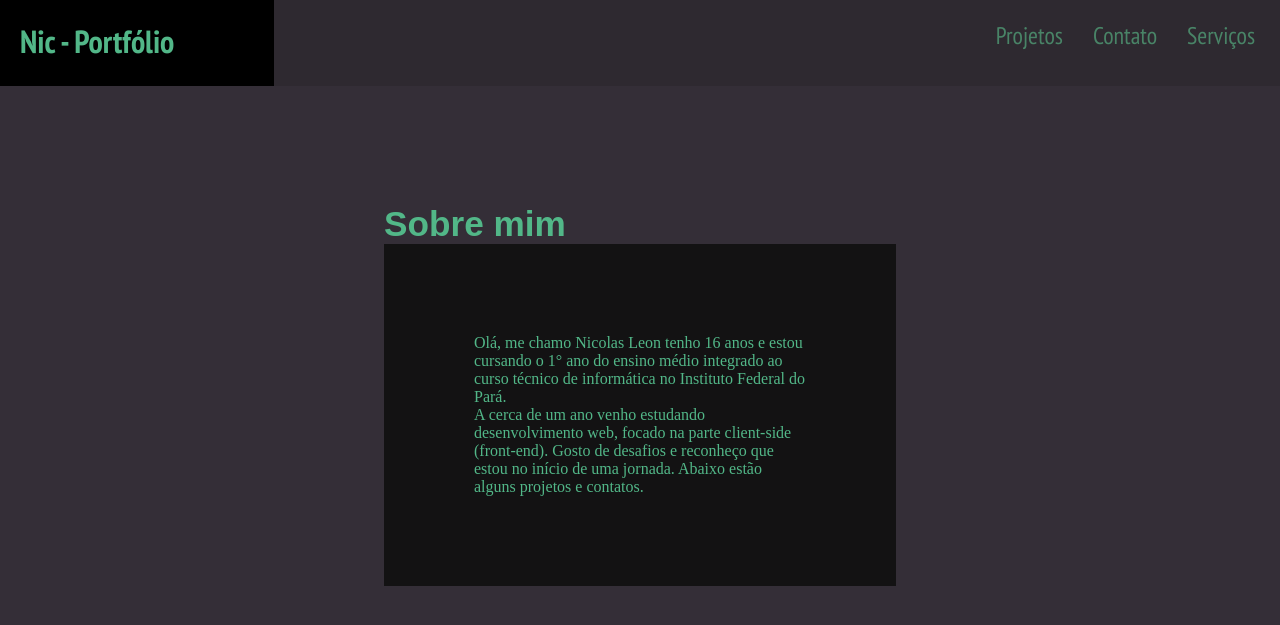
Repository: Leonngc/portfolio
Page: index.html
An editor plug-in stored every save of this project. The page is shown before and after the next save, followed by the edit.
The browser window is 1280 px wide. The pictures show the whole page.

Above is the page before, as saved 2022-12-02 10:50:24.

After the next save:
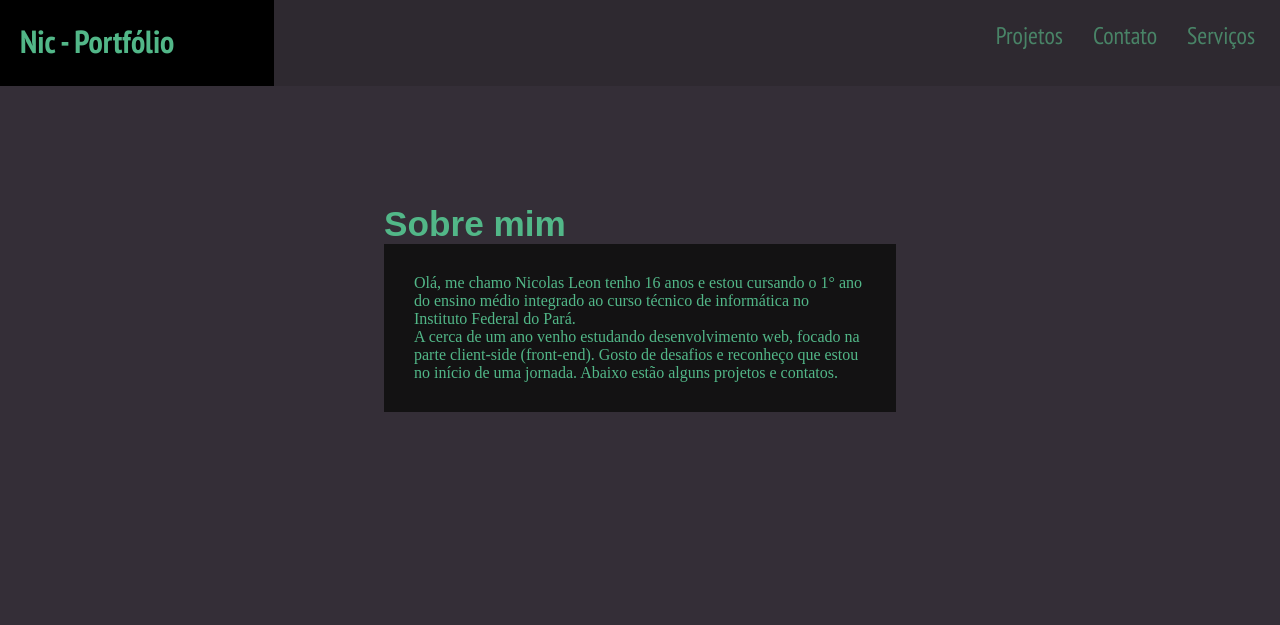
Saved 5 s later.
--- a/home.css
+++ b/home.css
@@ -73,6 +73,6 @@
 }
 
 section > p{
-    padding: 90px;
+    padding: 30px;
     background-color: #131213;
 }
